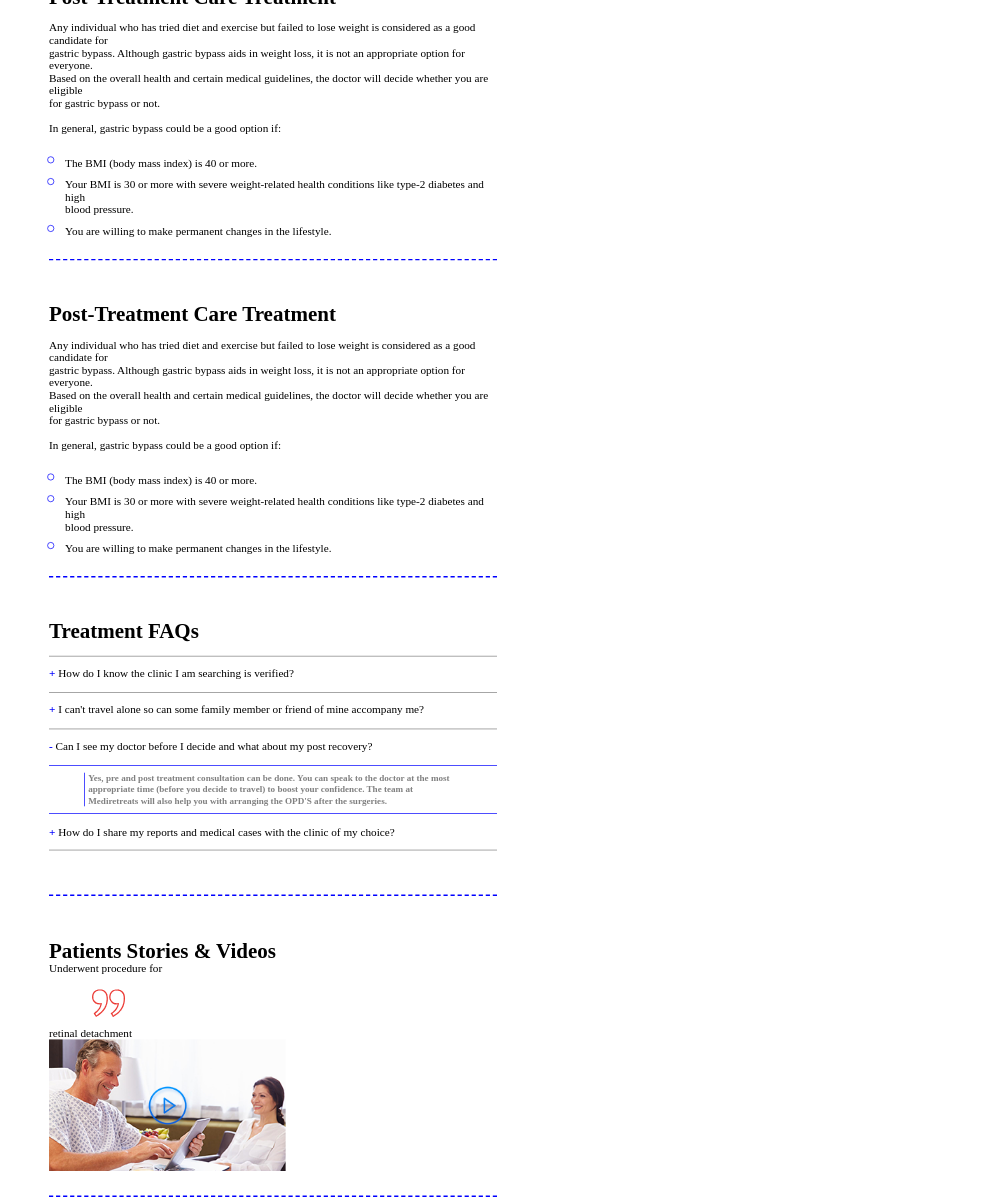
Repository: hetuk2005/webDevelopment
Page: Projects/Aafiya.html
An editor plug-in stored every save of this project. The page is shown before and after the next save, followed by the edit.
The browser window is 1280 px wide. The page is 1438 px wide, so the pictures cover 1438 px, including what lies to the right of the window. The pictures show the part of the page from y = 2777 to 4497 px (the page is 4497 px tall), at 70% of full size.

Above is the page before, as saved 2025-04-08 10:23:00.

After the next save:
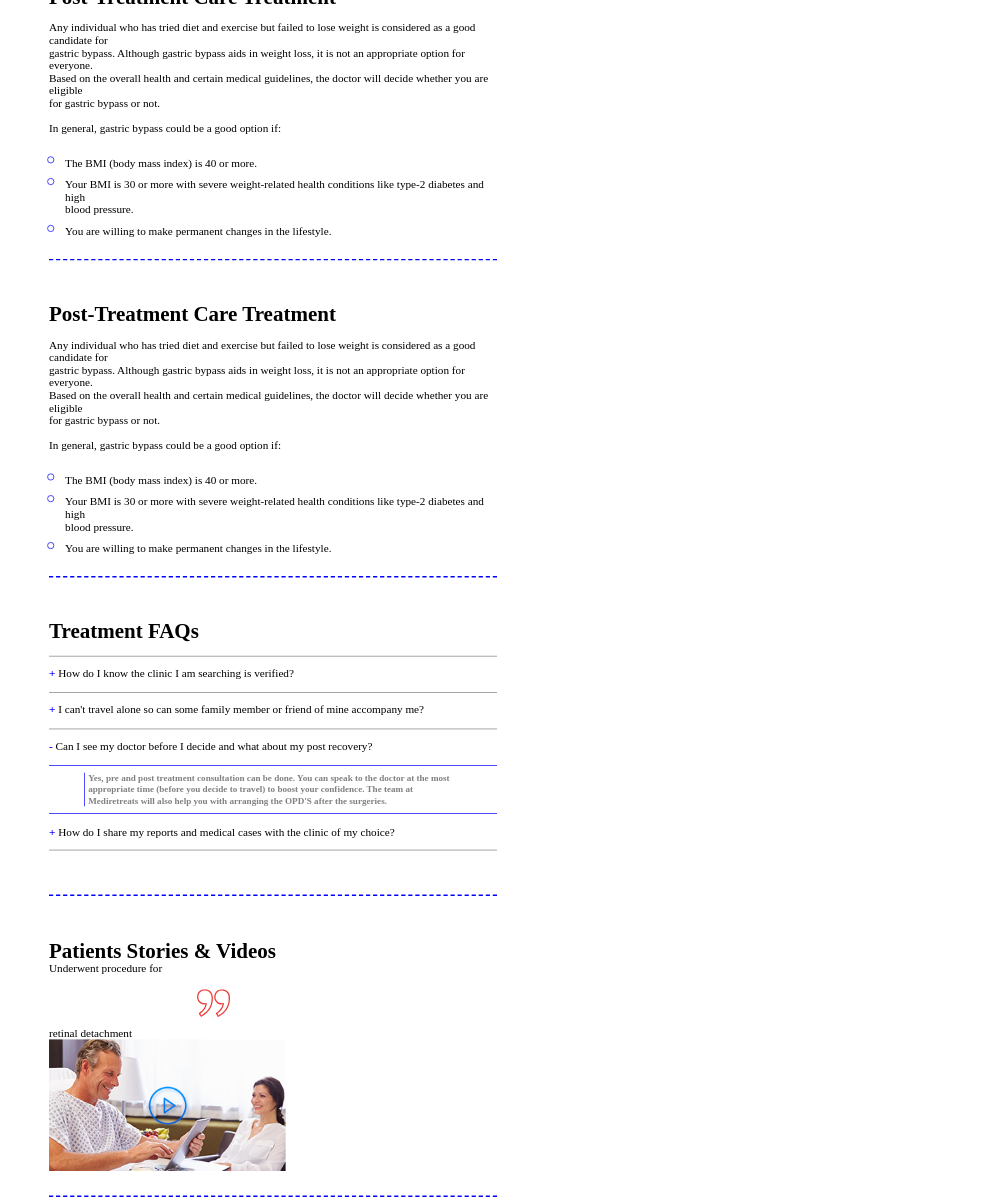
Saved 7 s later.
--- a/Projects/CSS/Aafiya.css
+++ b/Projects/CSS/Aafiya.css
@@ -512,7 +512,7 @@ span {
 .patient_stories>.stories_img>.quotes {
     height: 70px;
     width: 70px;
-    margin-left: 50px;
+    margin-left: 200px;
     padding-top: 10px;
     object-fit: contain;
 }
